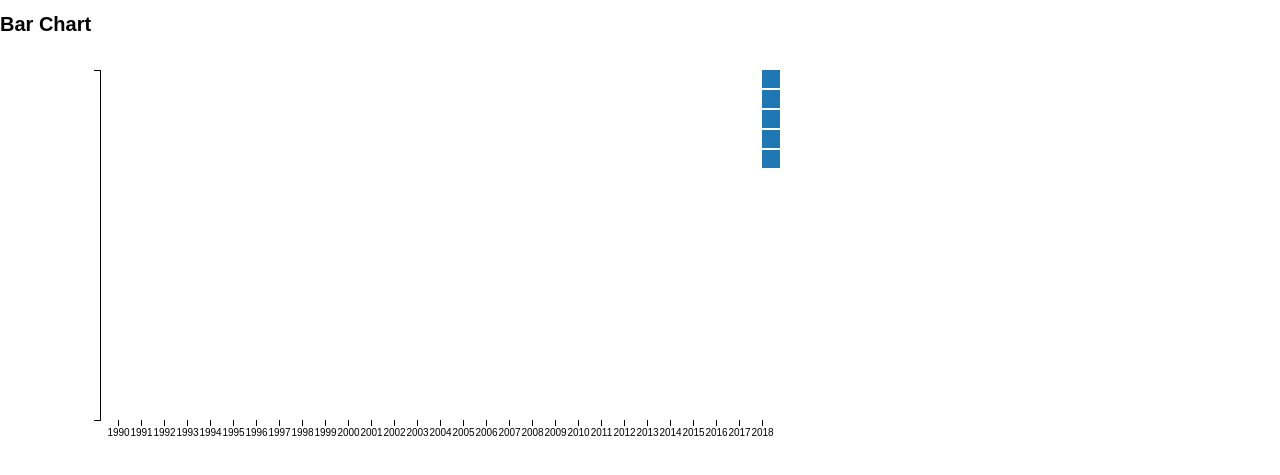
Repository: komalharjani/d3js-visualisation
Page: index.html
An editor plug-in stored every save of this project. The page is shown before and after the next save, followed by the edit.
The browser window is 1280 px wide. The pictures show the whole page.

Above is the page before, as saved 2020-05-01 18:20:11.

After the next save:
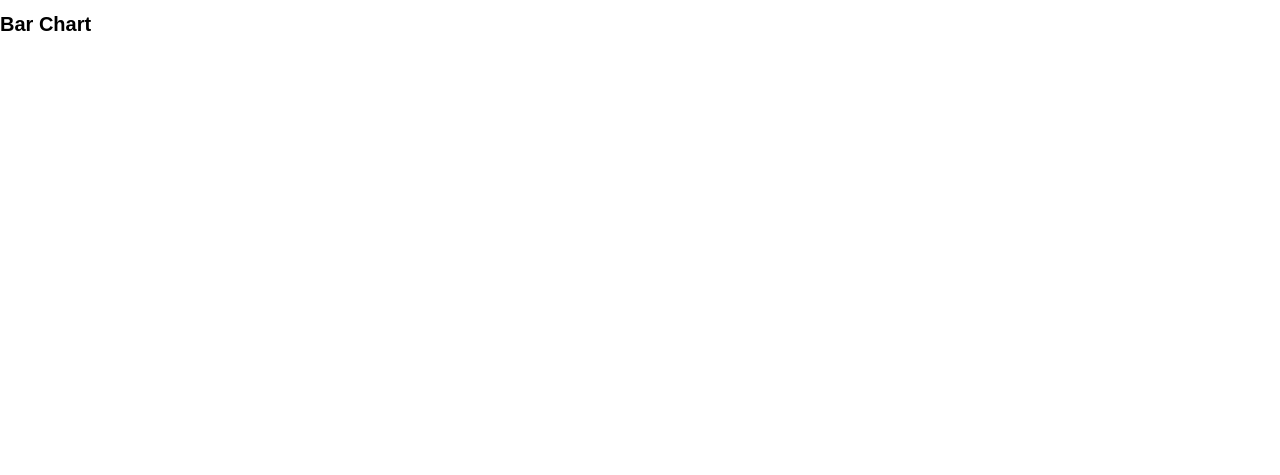
Console error: TypeError: Cannot read properties of undefined (reading 'values')
Saved 28 s later.
--- a/index.js
+++ b/index.js
@@ -83,7 +83,7 @@
             .attr("transform", "translate(" + margin.left + "," + margin.top + ")");
 
         var categoriesNames = currData.map(function (d) { return d.key; });
-        var rateNames = currData[0].values.map(function (d) { return d.energy; });
+        var rateNames = currData[0][0].values.map(function (d) { return d.energy; });
 
         x0.domain(categoriesNames);
         x1.domain(rateNames).rangeRound([0, x0.bandwidth()]);

After the 2 saves that followed:
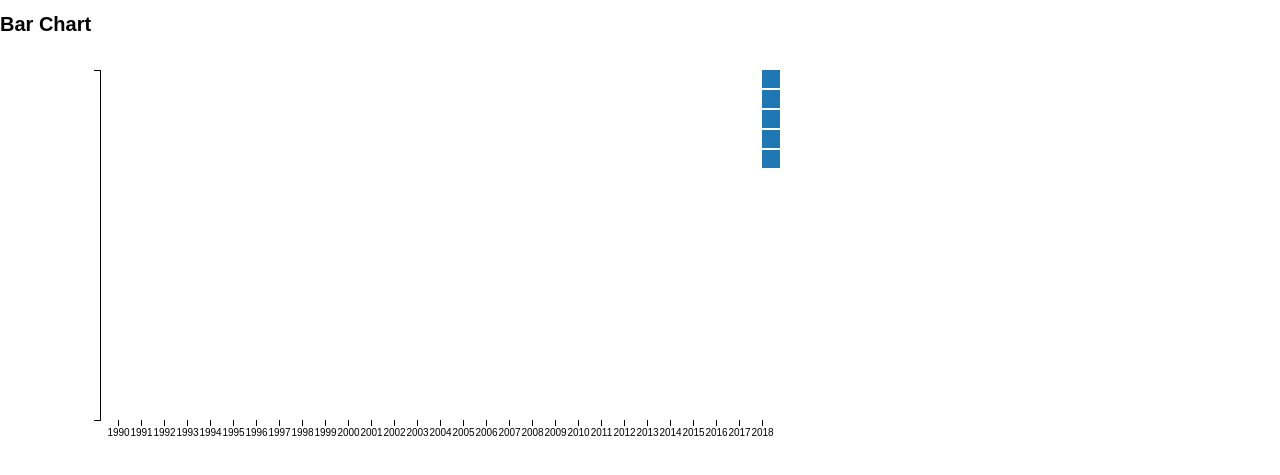
The error is gone.
The 2 saves are shown as one change because 1 left the picture as it was.
The last was saved 47 s later.
--- a/index.js
+++ b/index.js
@@ -53,10 +53,12 @@
                 return d.year;
             })
             .key(function(e){
-                    return e.region
+                    return e.region;
             })
             .entries(filteredData);
-        console.log(currData);
+        console.log(currData[0]);
+
+
 
 
         var margin = { top: 20, right: 20, bottom: 30, left: 100 },
@@ -83,7 +85,7 @@
             .attr("transform", "translate(" + margin.left + "," + margin.top + ")");
 
         var categoriesNames = currData.map(function (d) { return d.key; });
-        var rateNames = currData[0][0].values.map(function (d) { return d.energy; });
+        var rateNames = currData[0].values.map(function (d) { return d.energy; });
 
         x0.domain(categoriesNames);
         x1.domain(rateNames).rangeRound([0, x0.bandwidth()]);
